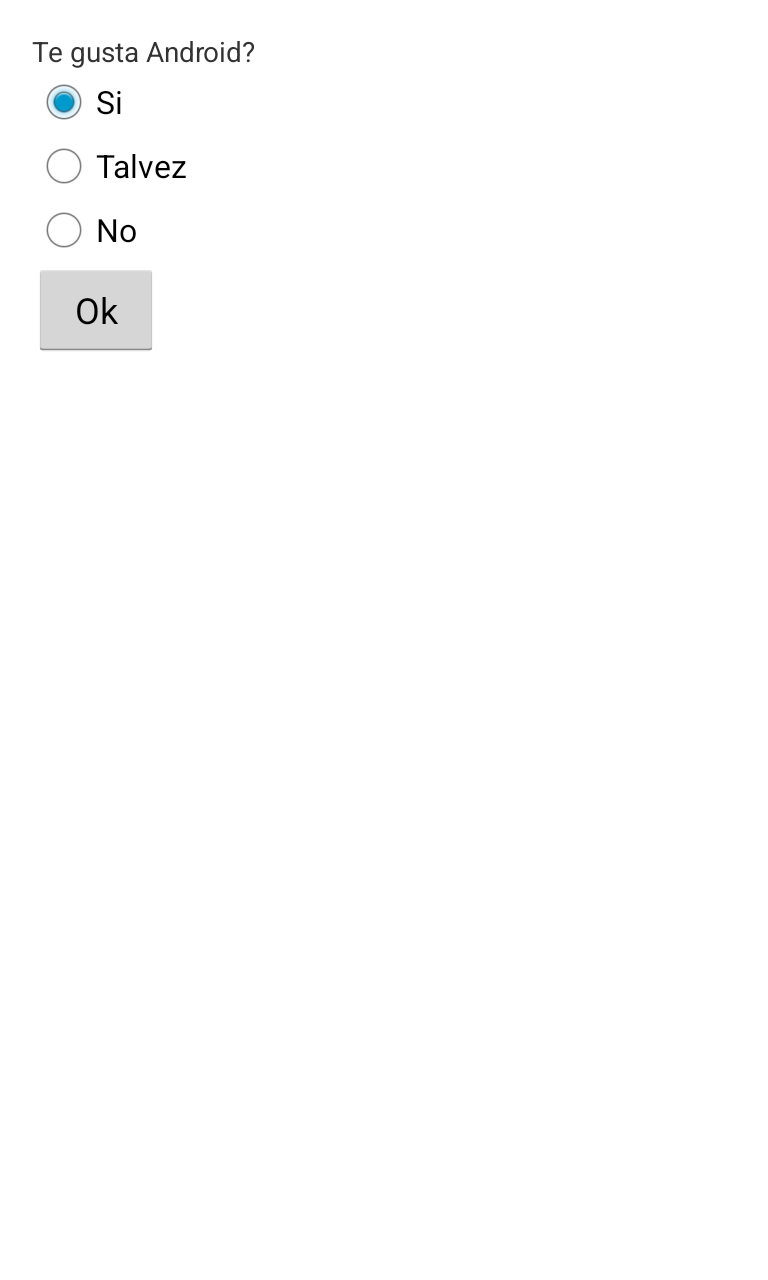
Repository: G3rcar/Android-I
Layout: Clase07RadioButton/res/layout/activity_main.xml
These files come from the project's save history. The layout is drawn as it stood at one moment and after the next save; the edit follows.
It is drawn on a 768 x 1280 px phone screen (xhdpi) without system bars, with theme AppTheme; the app's code is not run.

Above is the layout before, as saved 2013-11-05 13:23:28.

### Clase07RadioButton/res/layout/activity_main.xml
<LinearLayout xmlns:android="http://schemas.android.com/apk/res/android"
    xmlns:tools="http://schemas.android.com/tools"
    android:id="@+id/LinearLayout1"
    android:layout_width="match_parent"
    android:layout_height="match_parent"
    android:orientation="vertical"
    android:paddingBottom="@dimen/activity_vertical_margin"
    android:paddingLeft="@dimen/activity_horizontal_margin"
    android:paddingRight="@dimen/activity_horizontal_margin"
    android:paddingTop="@dimen/activity_vertical_margin"
    tools:context=".MainActivity" >

    <TextView
        android:id="@+id/textView1"
        android:layout_width="wrap_content"
        android:layout_height="wrap_content"
        android:text="@string/lblLikes" />

    <RadioGroup
        android:id="@+id/rdgOpciones"
        android:layout_width="wrap_content"
        android:layout_height="wrap_content" >

        <RadioButton
            android:id="@+id/rbtnOk"
            android:layout_width="wrap_content"
            android:layout_height="wrap_content"
            android:checked="true"
            android:text="@string/lblRbtnOk" />

        <RadioButton
            android:id="@+id/rbtnMaybe"
            android:layout_width="wrap_content"
            android:layout_height="wrap_content"
            android:text="@string/lblRbtnMaybe" />

        <RadioButton
            android:id="@+id/rbtnNo"
            android:layout_width="wrap_content"
            android:layout_height="wrap_content"
            android:text="@string/lblRbtnNo" />

    </RadioGroup>

    <Button
        android:id="@+id/btnOk"
        android:layout_width="wrap_content"
        android:layout_height="wrap_content"
        android:text="@string/btnOk" />

</LinearLayout>

### Clase07RadioButton/res/values/strings.xml
<?xml version="1.0" encoding="utf-8"?>
<resources>

    <string name="app_name">Clase07 RadioButton</string>
    <string name="action_settings">Settings</string>
    <string name="hello_world">Hello world!</string>
    <string name="lblLikes">Te gusta Android?</string>
    <string name="lblRbtnOk">Si</string>
    <string name="lblRbtnMaybe">Talvez</string>
    <string name="lblRbtnNo">No</string>
    <string name="btnOk">Ok</string>

</resources>

Loaded but not shown: Clase07RadioButton/res/values/styles.xml (common file); Clase07RadioButton/res/values-v11/styles.xml (common file); Clase07RadioButton/res/values-v14/styles.xml (common file); Clase07RadioButton/res/values/dimens.xml (common file)

After the next save:
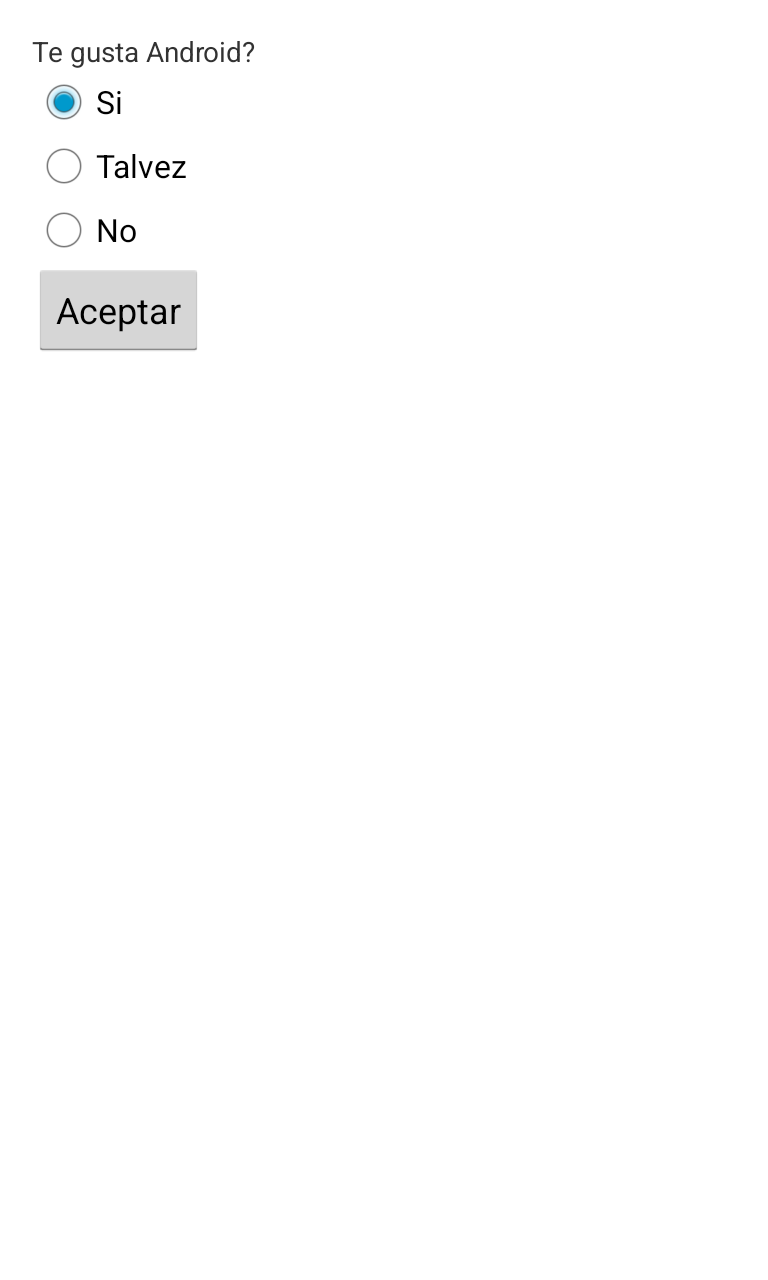
Saved 25 s later.
--- a/Clase07RadioButton/res/values/strings.xml
+++ b/Clase07RadioButton/res/values/strings.xml
@@ -8,6 +8,6 @@
     <string name="lblRbtnOk">Si</string>
     <string name="lblRbtnMaybe">Talvez</string>
     <string name="lblRbtnNo">No</string>
-    <string name="btnOk">Ok</string>
+    <string name="btnOk">Aceptar</string>
 
 </resources>
